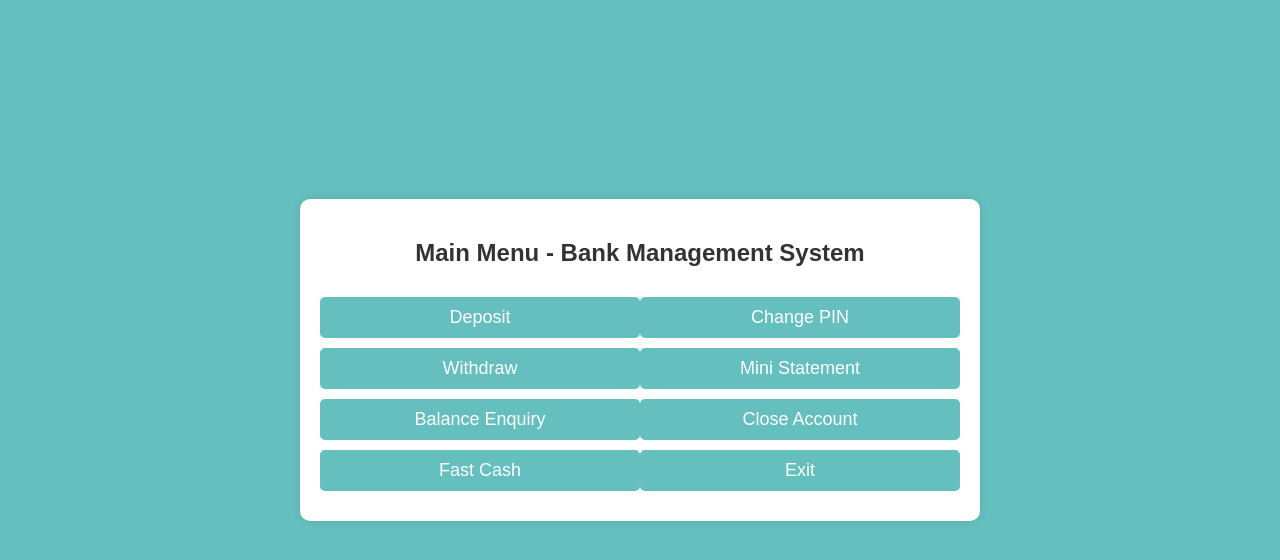
Repository: gauravraj08/bankingSystemJspServlet
Page: http://localhost/BankMangementSystem/main_class.jsp
These files come from the project's save history. The page is drawn as it stood at one moment and after the next save; the edit follows.
The browser window is 1280 px wide. The pictures show the whole page.
The page is served by Tomcat 9. Other server files are loaded and not shown.

Above is the page before, as saved 2024-04-19 06:19:58.

### BankMangementSystem/src/main/webapp/main_class.jsp
<%@ page language="java" contentType="text/html; charset=UTF-8" pageEncoding="UTF-8"%>
<!DOCTYPE html>
<html lang="en">
<head>
    <meta charset="UTF-8">
    <meta name="viewport" content="width=device-width, initial-scale=1.0">
    <title>Main Class - Bank Management System</title>
    <style>
        body {
            background-color: #65BFBF;
            font-family: Arial, sans-serif;
            display: flex;
            justify-content: center;
            align-items: center;
            height: 100vh;
            margin: 0;
        }

        .container {
            width: 50%;
            padding: 20px;
            background-color: #fff;
            border-radius: 10px;
            box-shadow: 0 0 10px rgba(0, 0, 0, 0.1);
        }

        h2 {
            text-align: center;
            margin-bottom: 30px;
            color: #333;
        }

        .button-container {
            display: flex;
            flex-direction: column;
            align-items: center;
        }

        .button-row {
            display: flex;
            justify-content: space-between;
            width: 100%;
            margin-bottom: 10px;
        }

        .button {
            width: calc(50% - 10px);
            padding: 10px;
            border: none;
            border-radius: 5px;
            background-color: #65BFBF;
            color: #fff;
            font-size: 18px;
            cursor: pointer;
            text-align: center;
            text-decoration: none;
            transition: background-color 0.3s ease;
        }

        .button:hover {
            background-color: #4D9F9F;
        }
    </style>
</head>
<body>
    <div class="container">
        <h2>Main Menu - Bank Management System</h2>
        <div class="button-container">
            <div class="button-row">
                <a href="DepositServlet" class="button">Deposit</a>
                <a href="ChangePinServlet" class="button">Change PIN</a>
            </div>
            <div class="button-row">
                <a href="WithdrawServlet" class="button">Withdraw</a>
                <a href="MiniStatementServlet" class="button">Mini Statement</a>
            </div>
            <div class="button-row">
                <a href="BalanceEnquiryServlet" class="button">Balance Enquiry</a>
                <a href="CloseAccountServlet" class="button">Close Account</a>
            </div>
            <div class="button-row">
                <a href="FastCashServlet" class="button">Fast Cash</a>
                <a href="#" class="button">Exit</a>
            </div>
        </div>
    </div>
</body>
</html>

After the next save:
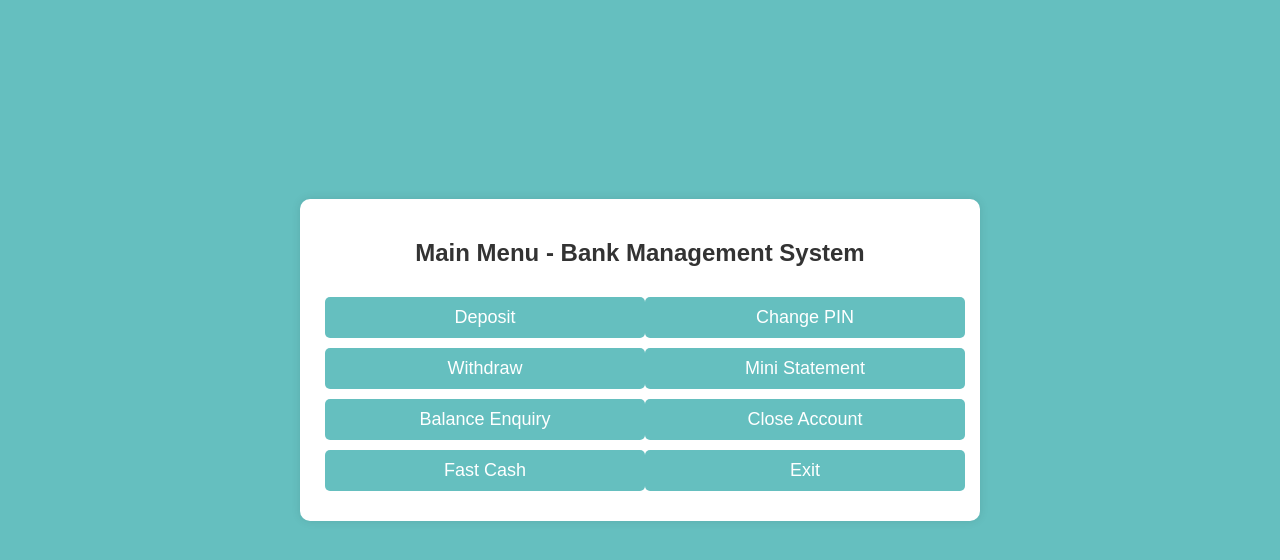
Saved 77 s later.
--- a/BankMangementSystem/src/main/webapp/main_class.jsp
+++ b/BankMangementSystem/src/main/webapp/main_class.jsp
@@ -41,6 +41,7 @@
             justify-content: space-between;
             width: 100%;
             margin-bottom: 10px;
+            margin-left:10px;
         }
 
         .button {
